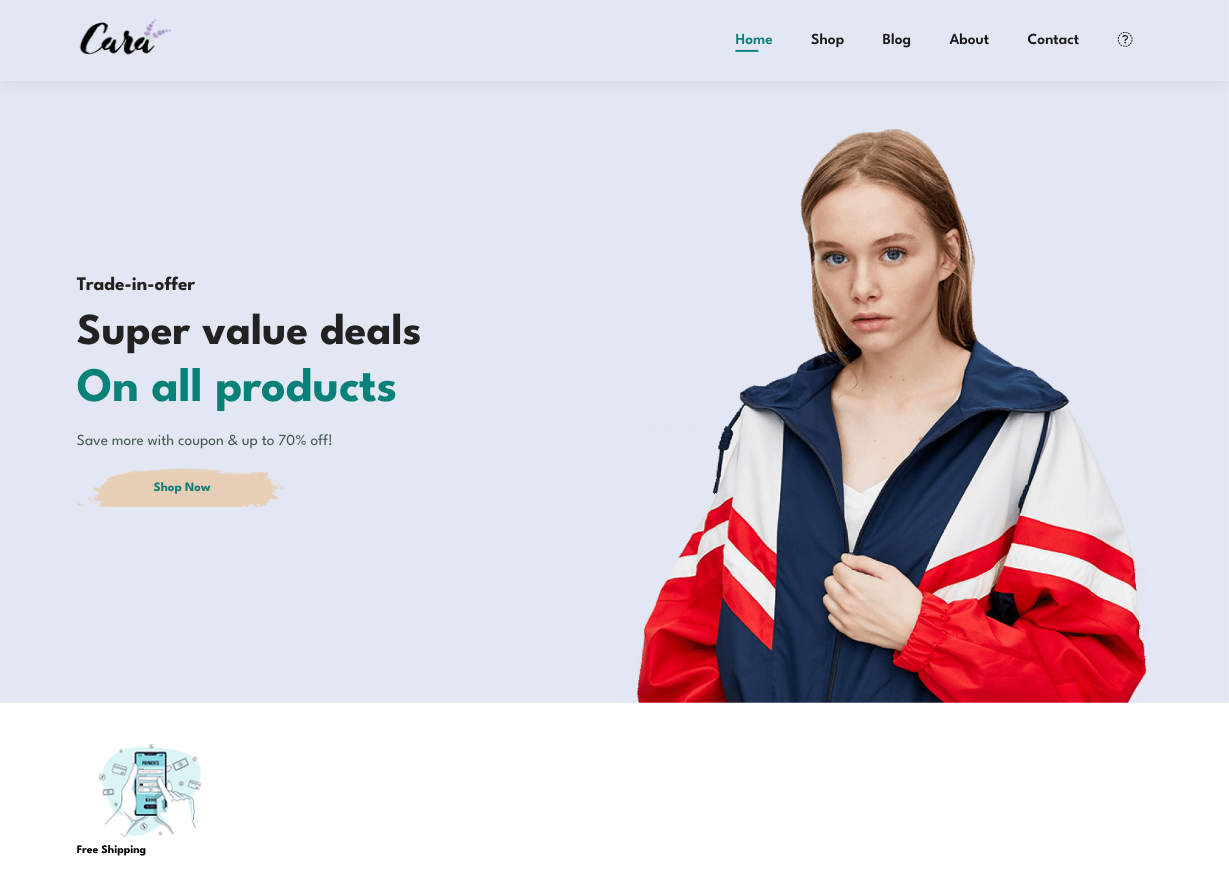
Repository: quy261001/cara
Page: index.html
The author's editor kept a copy of each file at every save. The page is drawn from the files as they stood at one save, then again after the next save.
The browser window is 1280 px wide. The pictures show the whole page, at 96% of full size.

Above is the page before, as saved 2022-05-01 13:36:04.

After the next save:
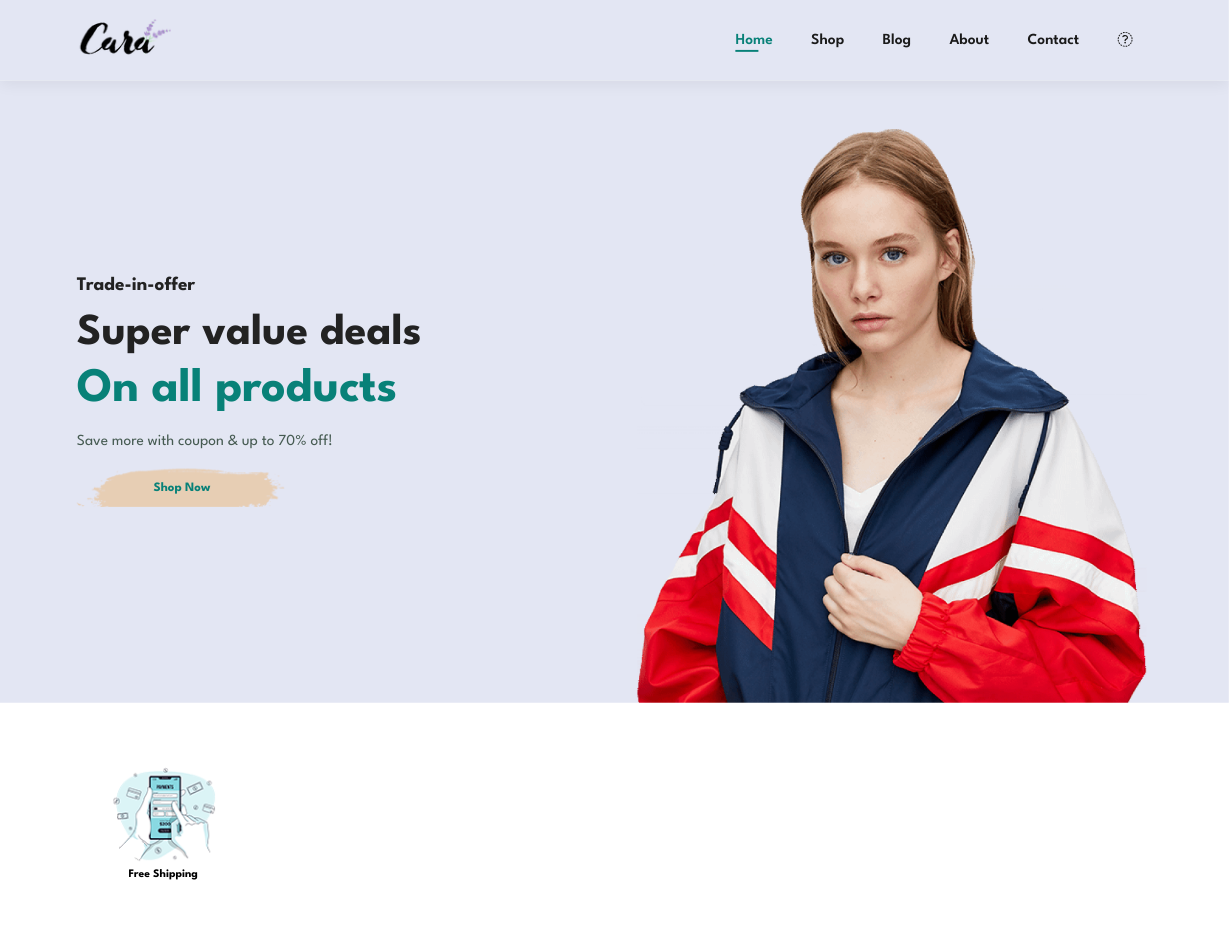
Saved 82 s later.
--- a/style.css
+++ b/style.css
@@ -111,3 +111,8 @@ body {
   cursor: pointer;
   font-weight: 700;
 }
+.feature .fe-box {
+   width: 180px;
+   text-align: center;
+   padding: 25px 15px;
+}
